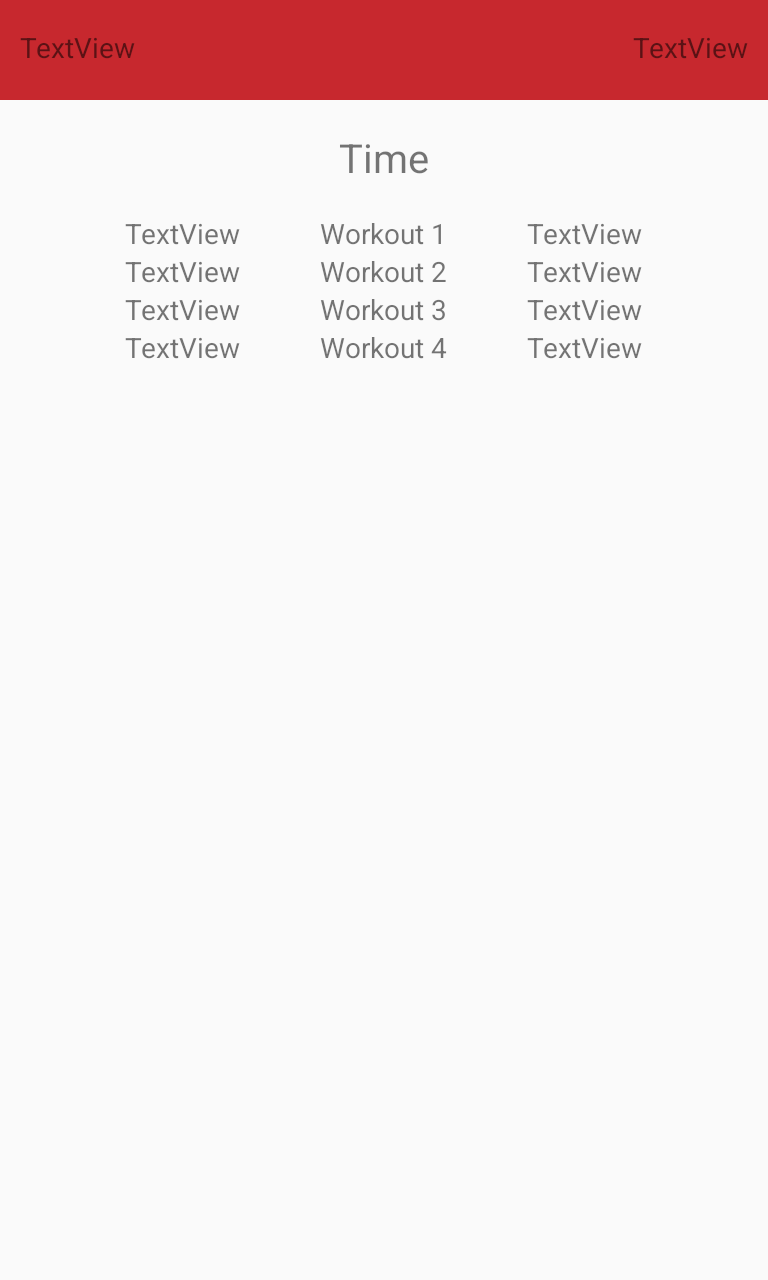
Repository: hackathon-2014/devdroid-repo
Layout: HealthyCompetition/res/layout/battlefield_layout.xml
The author's editor kept a copy of each file at every save. The layout is drawn from the files as they stood at one save, then again after the next save.
It is drawn on a 768 x 1280 px phone screen (xhdpi) without system bars, with theme AppTheme; the app's code is not run.

Above is the layout before, as saved 2014-08-23 19:03:02.

After the next save:
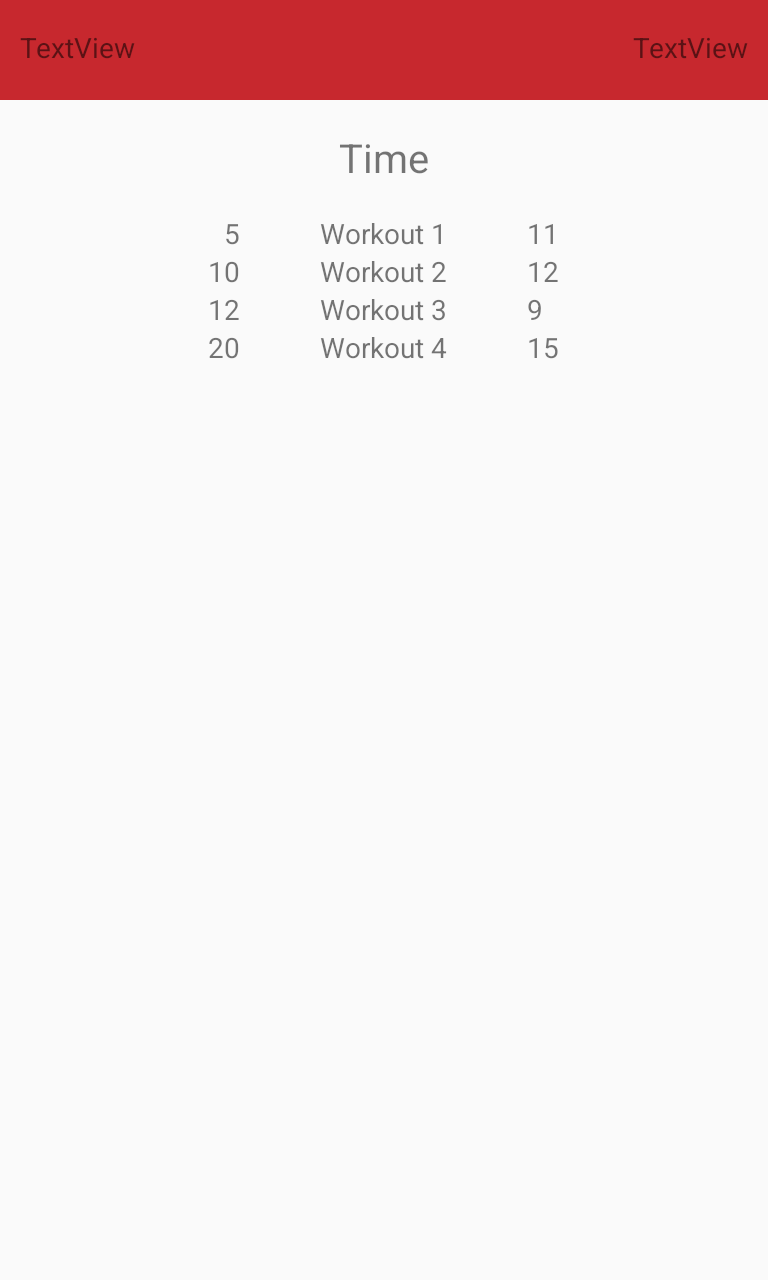
Saved 47 s later.
--- a/HealthyCompetition/res/layout/battlefield_layout.xml
+++ b/HealthyCompetition/res/layout/battlefield_layout.xml
@@ -68,7 +68,7 @@
             android:layout_alignParentTop="true"
             android:layout_marginRight="40dp"
             android:layout_toLeftOf="@+id/workout_one"
-            android:text="TextView" />
+            android:text="5" />
 
         <TextView
             android:id="@+id/playertwo_workoutone"
@@ -77,7 +77,7 @@
             android:layout_alignParentTop="true"
             android:layout_marginLeft="40dp"
             android:layout_toRightOf="@+id/workout_one"
-            android:text="TextView" />
+            android:text="11" />
     </RelativeLayout>
 
     <RelativeLayout
@@ -100,7 +100,7 @@
             android:layout_alignParentTop="true"
             android:layout_marginRight="40dp"
             android:layout_toLeftOf="@+id/workout_two"
-            android:text="TextView" />
+            android:text="10" />
 
         <TextView
             android:id="@+id/playertwo_workouttwo"
@@ -109,7 +109,7 @@
             android:layout_alignParentTop="true"
             android:layout_marginLeft="40dp"
             android:layout_toRightOf="@+id/workout_two"
-            android:text="TextView" />
+            android:text="12" />
     </RelativeLayout>
 
     <RelativeLayout
@@ -132,7 +132,7 @@
             android:layout_alignParentTop="true"
             android:layout_marginRight="40dp"
             android:layout_toLeftOf="@+id/workout_three"
-            android:text="TextView" />
+            android:text="12" />
 
         <TextView
             android:id="@+id/playertwo_workoutthree"
@@ -141,7 +141,7 @@
             android:layout_alignParentTop="true"
             android:layout_marginLeft="40dp"
             android:layout_toRightOf="@+id/workout_three"
-            android:text="TextView" />
+            android:text="9" />
     </RelativeLayout>
 
     <RelativeLayout
@@ -164,7 +164,7 @@
             android:layout_alignParentTop="true"
             android:layout_marginRight="40dp"
             android:layout_toLeftOf="@+id/workout_four"
-            android:text="TextView" />
+            android:text="20" />
 
         <TextView
             android:id="@+id/playertwo_workoutfour"
@@ -173,7 +173,7 @@
             android:layout_alignParentTop="true"
             android:layout_marginLeft="40dp"
             android:layout_toRightOf="@+id/workout_four"
-            android:text="TextView" />
+            android:text="15" />
     </RelativeLayout>
 
 </LinearLayout>
